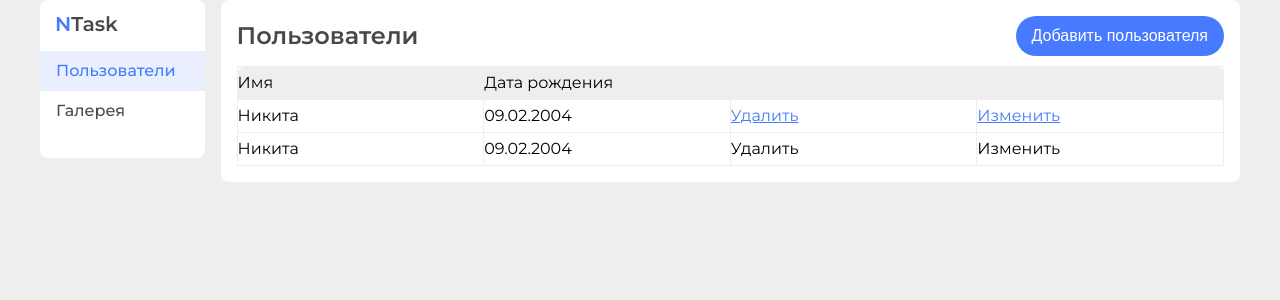
Repository: Grid-Master/NTask
Page: /
The author's editor kept a copy of each file at every save. The page is drawn from the files as they stood at one save, then again after the next save.
The browser window is 1280 px wide. The pictures show the whole page.
The project was rebuilt for these pictures with package versions that can differ from the ones it lists, and the page was loaded fresh each time.

Above is the page before, as saved 2023-06-05 11:22:52.

### public/index.html
<!DOCTYPE html>
<html lang="en">
  <head>
    <meta charset="utf-8" />
    <link rel="icon" href="%PUBLIC_URL%/favicon.ico" />
    <meta name="viewport" content="width=device-width, initial-scale=1" />
    <meta name="theme-color" content="#000000" />
    <meta name="description" content="Web site created using create-react-app" />
    <link rel="apple-touch-icon" href="%PUBLIC_URL%/logo192.png" />
    <link rel="preconnect" href="https://fonts.googleapis.com" />
    <link rel="preconnect" href="https://fonts.gstatic.com" crossorigin />
    <link
      href="https://fonts.googleapis.com/css2?family=Montserrat:wght@300;400;500;600;700&display=swap"
      rel="stylesheet" />
    <link rel="manifest" href="%PUBLIC_URL%/manifest.json" />
    <title>React App</title>
  </head>
  <body>
    <noscript>You need to enable JavaScript to run this app.</noscript>
    <div id="root"></div>
  </body>
</html>

### src/index.css
html, body, div, span, applet, object, iframe,
h1, h2, h3, h4, h5, h6, p, blockquote, pre,
a, abbr, acronym, address, big, cite, code,
del, dfn, em, img, ins, kbd, q, s, samp,
small, strike, strong, sub, sup, tt, var,
b, u, i, center,
dl, dt, dd, ol, ul, li,
fieldset, form, label, legend,
table, caption, tbody, tfoot, thead, tr, th, td,
article, aside, canvas, details, embed,
figure, figcaption, footer, header, hgroup,
menu, nav, output, ruby, section, summary,
time, mark, audio, video {
	margin: 0;
	padding: 0;
	border: 0;
	font-size: 100%;
	font: inherit;
	vertical-align: baseline;
}
/* HTML5 display-role reset for older browsers */
article, aside, details, figcaption, figure,
footer, header, hgroup, menu, nav, section {
	display: block;
}
body {
	line-height: 1;
}
ol, ul {
	list-style: none;
}
blockquote, q {
	quotes: none;
}
blockquote:before, blockquote:after,
q:before, q:after {
	content: '';
	content: none;
}
table {
	border-collapse: collapse;
}
body {
  margin: 0;
  font-family: Montserrat;
  background: #EEEEEE;
  max-width: 1200px;
  margin: 0 auto;

}

code {
  font-family: source-code-pro, Menlo, Monaco, Consolas, 'Courier New',
    monospace;
}

### src/App.tsx
import './App.css';
import Navbar from './components/navabar/Navbar';
import UserList from './components/userList/UserList';

function App() {
  return (
    <div className="App">
      <Navbar />
      <UserList />
    </div>
  );
}

export default App;

### src/App.css
.App {
  display: flex;
  align-items:start;
  gap: 16px;
}

### src/components/navabar/Navbar.tsx
import { FC } from 'react';
import './navbar.sass';
const logo = require('../../images/logo.png');

const Navbar: FC = () => {
  return (
    <div className="navbar">
      <div className="navbar__imagecontainer">
        <img src={logo} alt="logo" />
      </div>
      <div className="navbar__item navbar__active">Пользователи</div>
      <div className="navbar__item">Галерея</div>
    </div>
  );
};

export default Navbar;

### src/components/userList/UserList.tsx
import React, { FC } from 'react';
import './userList.sass';

const UserList: FC = () => {
  return (
    <div className="userList">
      <div>
        <h1 className="userList__title">Пользователи</h1>
        <button className="userList__addUserBtn">Добавить пользователя</button>
      </div>
      <table className="userList__table">
        <tr className="userList__table-info">
          <td>Имя</td>
          <td>Дата рождения</td>
          <td></td>
          <td></td>
        </tr>
        <tr>
          <td>Никита</td>
          <td>09.02.2004</td>
          <td className="userList__table-btn">Удалить</td>
          <td className="userList__table-btn">Изменить</td>
        </tr>
        <tr>
          <td>Никита</td>
          <td>09.02.2004</td>
          <td>Удалить</td>
          <td>Изменить</td>
        </tr>
      </table>
    </div>
  );
};

export default UserList;

### src/components/navabar/navbar.sass
.navbar
    width: 200px
    height: 158px
    background: #FFFFFF
    border-radius: 8px
    &__imagecontainer
        padding: 16px 0
        margin-left: 16px
    &__item
        padding: 8px 16px
        cursor: pointer
        font-weight: 500
        font-size: 16px
        line-height: 150%
        color: #484848
    &__active
        background: #E9EFFF
        color: #477AFF

### src/components/userList/userList.sass
.userList
    width: 100%
    background: #FFFFFF
    border-radius: 8px
    padding: 16px
    >div
        display: flex
        align-items: center
        justify-content: space-between
    &__title
        font-weight: 600
        font-size: 24px
        line-height: 150%
        color: #484848
    &__addUserBtn
        font-weight: 500
        font-size: 16px
        line-height: 100%
        color: #FFFFFF
        background: #477AFF
        border-radius: 20px
        padding: 12px 16px
        border: none
        outline: none
        cursor: pointer
        transition: .3s
        &:hover
            opacity: .8
    &__table
        margin-top: 10px
        width: 100%
        td
            border: 1px solid #EEEEEE
            width: 238px
            text-align: start
            padding: 8px 0
        &-btn
            cursor: pointer
            text-decoration-line: underline
            color: #477AFF
            transition: .2s
            text-align: center
            &:hover
                opacity: .8
        tr:first-child td:first-child
            border-radius: 8px 0 0 0
        tr:first-child td:last-child
            border-radius: 0 8px 0 0
        &-info
            background-color: #EEEEEE
            border-radius: 8px !important

Loaded but not shown: src/index.tsx (common file)

After the next save:
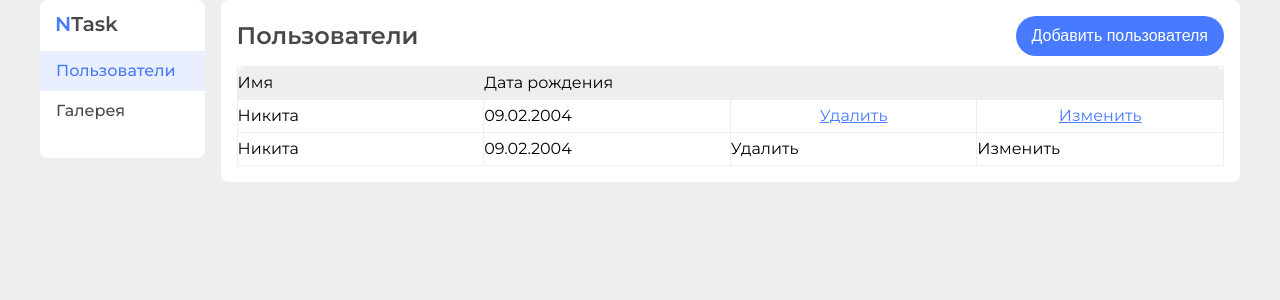
Saved 4 s later.
--- a/src/components/userList/userList.sass
+++ b/src/components/userList/userList.sass
@@ -39,7 +39,7 @@
             text-decoration-line: underline
             color: #477AFF
             transition: .2s
-            text-align: center
+            text-align: center !important
             &:hover
                 opacity: .8
         tr:first-child td:first-child
